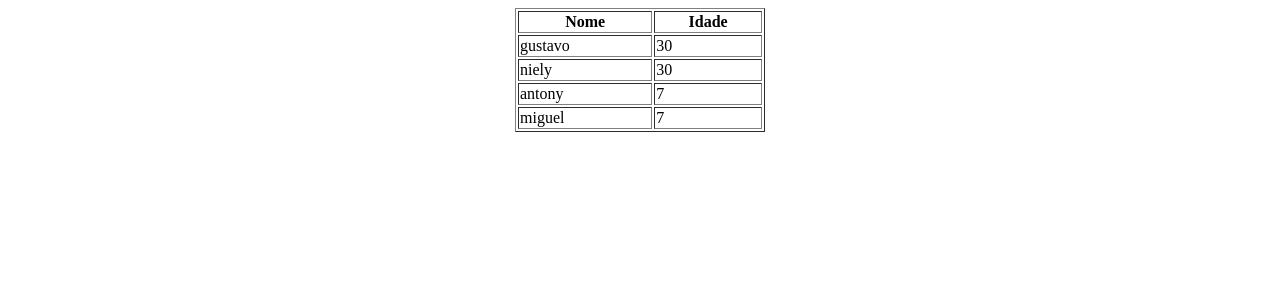
Repository: gustavotwist/html-css
Page: tabl.html
These files come from the project's save history. The page is drawn as it stood at one moment and after the next save; the edit follows.
The browser window is 1280 px wide. The pictures show the whole page.

Above is the page before, as saved 2024-04-27 19:52:30.

### tabl.html
<!DOCTYPE html>
<html lang="pt-br">
<head>
    <meta charset="UTF-8">
    <meta name="viewport" content="width=device-width, initial-scale=1.0">
    <title>tabelas</title>
</head>
<body>
    <table border="1" width="250"  align="center">
        <tr>
             <th>Nome</th>
             <th>Idade</th>
            </tr>
        <tbody>

            <tr>
                <td>gustavo</td>
                <td>30</td>
            </tr>
            <tr>
                <td>niely</td>
                <td>30</td>
            </tr>
            <tr>
                <td>antony</td>
                <td>7</td>
            </tr>
            <tr>
                <td>miguel</td>
                <td>7</td>
            </tr>
        </tbody>
    </table>



</body>
</html>

After the next save:
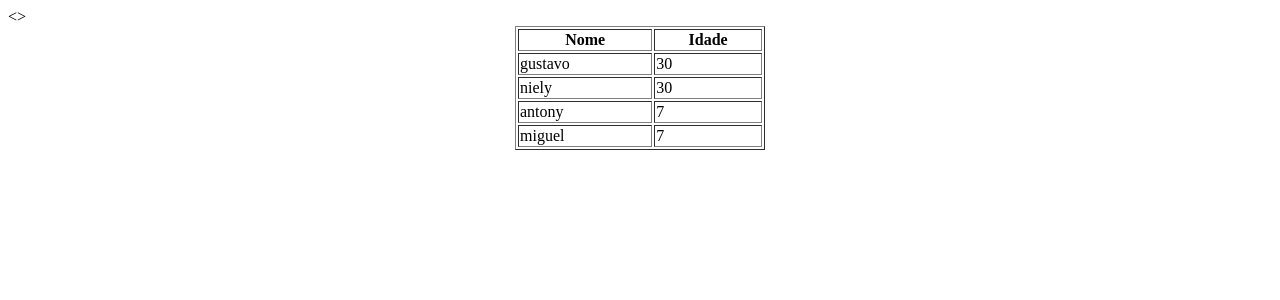
Saved 4 s later.
--- a/tabl.html
+++ b/tabl.html
@@ -7,10 +7,10 @@
 </head>
 <body>
     <table border="1" width="250"  align="center">
-        <tr>
+        <>
              <th>Nome</th>
              <th>Idade</th>
-            </tr>
+
         <tbody>
 
             <tr>

After the save that followed:
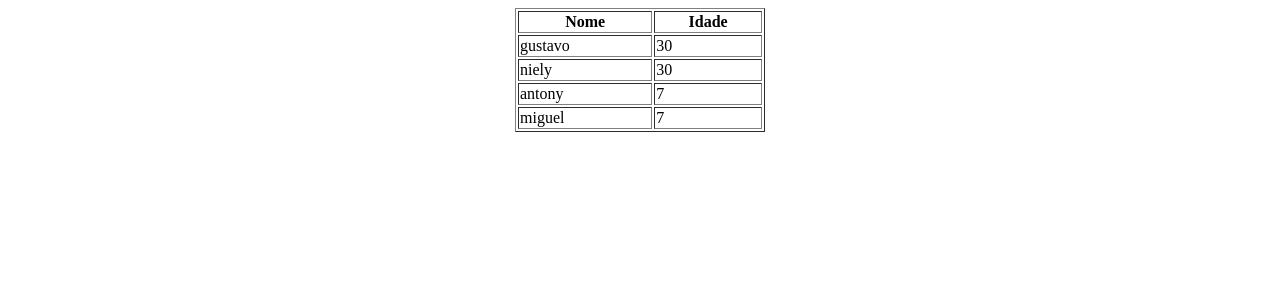
Saved 5 s later.
--- a/tabl.html
+++ b/tabl.html
@@ -7,10 +7,10 @@
 </head>
 <body>
     <table border="1" width="250"  align="center">
-        <>
+        <tr>
              <th>Nome</th>
              <th>Idade</th>
-
+            </tr
         <tbody>
 
             <tr>
